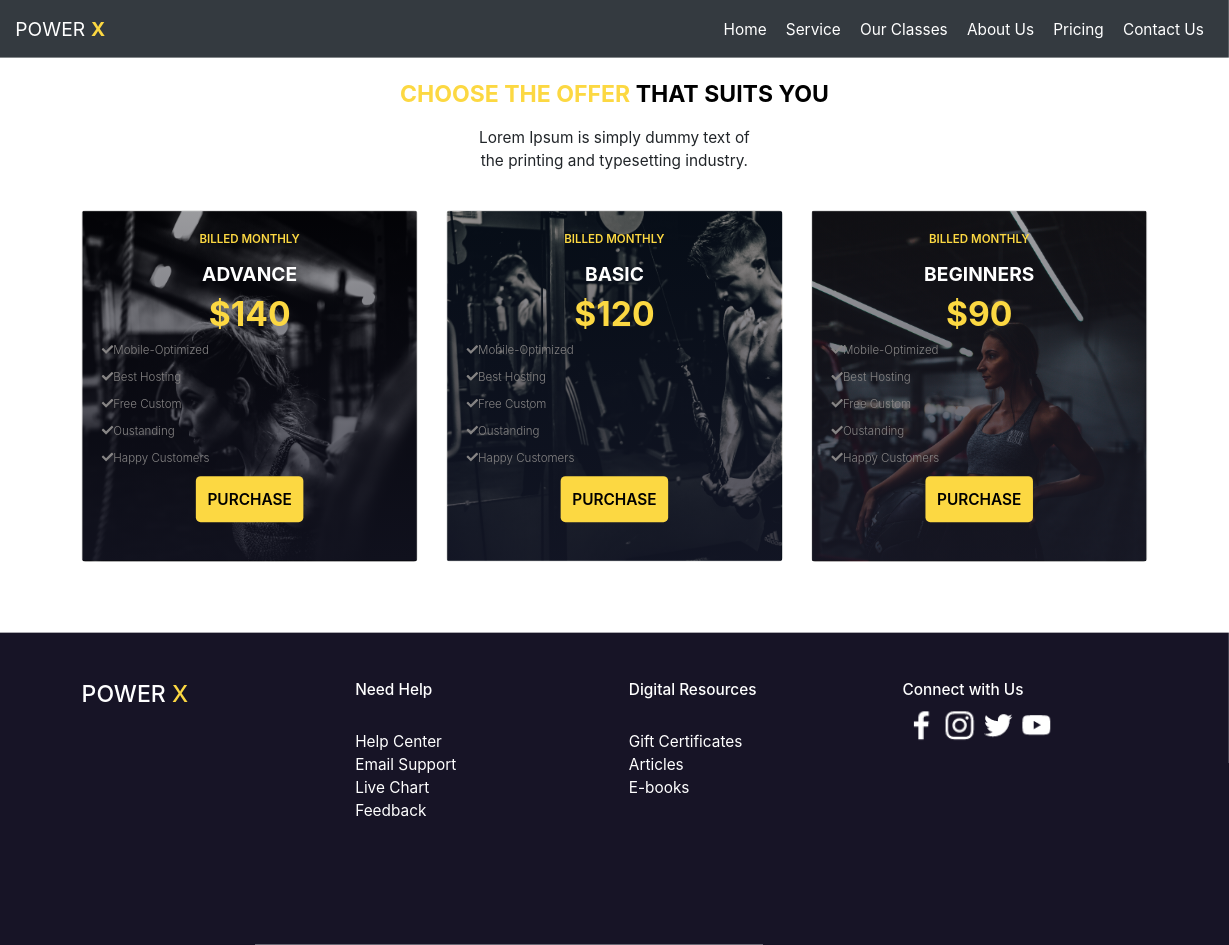
Repository: arif286/power-x-gym
Page: /pricing
An editor plug-in stored every save of this project. The page is shown before and after the next save, followed by the edit.
The browser window is 1280 px wide. The pictures show the whole page, at 96% of full size.
The project was rebuilt for these pictures with package versions that can differ from the ones it lists, and the page was loaded fresh each time. Also part of the build but not shown: src/components/Classes/Classes.js, src/components/About/About.js, src/components/ChooseUs/ChooseUs.js, src/components/Programs/Programs.css, src/components/Programs/Programs.js, src/components/WorkOut/WorkOut.css, src/components/WorkOut/WorkOut.js, src/components/Home/Home.js.

Above is the page before, as saved 2021-04-08 00:52:18.

### src/index.js
import React from 'react';
import ReactDOM from 'react-dom';
import App from './App';
import "./index.css";
import reportWebVitals from './reportWebVitals';
ReactDOM.render(
  <React.StrictMode>
    <App />
  </React.StrictMode>,
  document.getElementById('root')
);

// If you want to start measuring performance in your app, pass a function
// to log results (for example: reportWebVitals(console.log))
// or send to an analytics endpoint. Learn more: https://bit.ly/CRA-vitals
reportWebVitals();

### src/App.js
import "bootstrap/dist/css/bootstrap.min.css";
import React from 'react';
import { BrowserRouter as Router, Route, Switch } from "react-router-dom";
import Classes from "./components/Classes/Classes";
import Footer from "./components/Footer/Footer";
import Header from './components/Header/Header';
import Home from './components/Home/Home';
import PricingPlan from "./components/PricingPlan/PricingPlan";
function App() {
  return (
    <div>
      <Router>
        <Header />
        <Switch>
          <Route path="/home">
            <Home />
          </Route>
          <Route path="/classes">
            <Classes/>
          </Route>
          <Route path='/pricing'>
            <PricingPlan/>
          </Route>
          <Route exact path="/">
            <Home />
          </Route>
        </Switch>
        <Footer />
      </Router>
    </div>
  );
}

export default App;

### src/components/Footer/Footer.js
import React from "react";
import { Col, Container, Row } from "react-bootstrap";
import { NavLink } from "react-router-dom";
import Facebook from "../../power-x-gym/Image & Icon/bxl-facebook.png";
import Instagram from "../../power-x-gym/Image & Icon/bxl-instagram.png";
import Twitter from "../../power-x-gym/Image & Icon/bxl-twitter.png";
import YouTube from "../../power-x-gym/Image & Icon/bxl-youtube.png";
import "./Footer.css";
const Footer = () => {
  return (
    <footer>
      <Container>
        <Row className="footer-title">
          <Col xs={12} sm={6} md={3} className="pb-5">
            <h4 style={{ color: "white" }}>
              POWER <span style={{ color: "#fcd842" }}>X</span>
            </h4>
          </Col>
          <Col xs={12} sm={6} md={3} className="pb-5">
            <h6>Need Help</h6>
            <ul className="footer-link">
              <li>
                <NavLink className="company-list" to="/">
                  Help Center
                </NavLink>
              </li>
              <li>
                <NavLink className="company-list" to="/">
                  {" "}
                  Email Support
                </NavLink>
              </li>
              <li>
                <NavLink className="company-list" to="/">
                  Live Chart
                </NavLink>
              </li>
              <li>
                <NavLink className="company-list" to="/">
                  Feedback
                </NavLink>
              </li>
            </ul>
          </Col>
          <Col xs={12} sm={6} md={3} className="pb-5">
            <h6>Digital Resources</h6>
            <ul className="footer-link">
              <li>
                <NavLink className="company-list" to="/">
                  Gift Certificates
                </NavLink>
              </li>
              <li>
                <NavLink className="company-list" to="/">
                  Articles
                </NavLink>
              </li>
              <li>
                <NavLink className="company-list" to="/">
                  E-books
                </NavLink>
              </li>
            </ul>
          </Col>
          <Col xs={12} sm={6} md={3} className="pb-5">
            <h6>Connect with Us</h6>
            <div className="social-link">
              <p>
                <a href="/">
                  <img className="social-img" src={Facebook} alt="" />
                </a>
              </p>
              <p className="social-link">
                <a href="/">
                  <img className="social-img" src={Instagram} alt="" />
                </a>
              </p>
              <p>
                <a href="/">
                  <img className="social-img" src={Twitter} alt="" />
                </a>
              </p>
              <p>
                <a href="/">
                  <img className="social-img" src={YouTube} alt="" />
                </a>
              </p>
            </div>
          </Col>
        </Row>
      </Container>
    </footer>
  );
};

export default Footer;

### src/components/Header/Header.js
import React from "react";
import { Nav, Navbar } from "react-bootstrap";
import { NavLink } from "react-router-dom";
import './Header.css';
const Header = () => {
  return (
    <div>
      <Navbar bg="dark" variant="dark" expand="lg">
        <Navbar.Brand href="#home">
          POWER
          <span
            style={{ color: "#FCD842", marginLeft: "6px", fontWeight: 700 }}
          >
            X
          </span>
        </Navbar.Brand>
        <Navbar.Toggle aria-controls="basic-navbar-nav" />
        <Navbar.Collapse id="basic-navbar-nav">
          <Nav className="ml-auto">
            <NavLink className="header-link" to="/home">
              Home
            </NavLink>
            <NavLink className="header-link" to="#features">
              Service
            </NavLink>
            <NavLink className="header-link" to="/classes">
              Our Classes
            </NavLink>
            <NavLink className="header-link" to="/features">
              About Us
            </NavLink>
            <NavLink className="header-link" to="/pricing">
              Pricing
            </NavLink>
            <NavLink className="header-link" to="/pricing">
              Contact Us
            </NavLink>
          </Nav>
        </Navbar.Collapse>
      </Navbar>
      <br />
    </div>
  );
};

export default Header;

### src/components/PricingPlan/PricingPlan.js
import { faCheck } from "@fortawesome/free-solid-svg-icons";
import { FontAwesomeIcon } from "@fortawesome/react-fontawesome";
import React from "react";
import { Card, Col, Container, Row } from "react-bootstrap";
import "./PricingPlan.css";

const check = <FontAwesomeIcon icon={faCheck} />;
const PricingPlan = () => {
  return (
    <Container className="text-center">
      <h4
        style={{
          textTransform: "uppercase",
          fontWeight: 700,
          color: "#fcd842",
          textAlign: "center",
        }}
      >
        choose the offer <span style={{ color: "black" }}>that suits you</span>
      </h4>
      <p
        style={{
          display: "inline-block",
          width: "300px",
          marginTop: "10px",
          marginBottom: "40px",
        }}
      >
        Lorem Ipsum is simply dummy text of the printing and typesetting
        industry.
      </p>
      <Row className="row-cols-1 row-cols-sm-3">
        <Col className="pb-4">
          <Card className="advance-plan price-card">
            <Card.Body>
              <p>billed monthly</p>
              <h6>advance</h6>
              <h6 style={{ color: "#fcd842", fontSize: "35px" }}>$140</h6>
              <div>
                <ul className="price-plan">
                  <li>
                    <span>{check}</span>Mobile-Optimized
                  </li>
                  <li>
                    <span>{check}</span>Best Hosting
                  </li>
                  <li>
                    <span>{check}</span>Free Custom
                  </li>
                  <li>
                    <span>{check}</span>Oustanding
                  </li>
                  <li>
                    <span>{check}</span>Happy Customers
                  </li>
                </ul>
              </div>
              <button className="purchase-btn">purchase</button>
            </Card.Body>
          </Card>
        </Col>
        <Col className="pb-4">
          <Card className="basic-plan price-card">
            <Card.Body>
              <p>billed monthly</p>
              <h6>basic</h6>
              <h6 style={{ color: "#fcd842", fontSize: "35px" }}>$120</h6>
              <ul className="price-plan">
                <li>
                  <span>{check}</span>Mobile-Optimized
                </li>
                <li>
                  <span>{check}</span>Best Hosting
                </li>
                <li>
                  <span>{check}</span>Free Custom
                </li>
                <li>
                  <span>{check}</span>Oustanding
                </li>
                <li>
                  <span>{check}</span>Happy Customers
                </li>
              </ul>
              <button className="purchase-btn">purchase</button>
            </Card.Body>
          </Card>
        </Col>
        <Col className="pb-4">
          <Card className="beginner-plan price-card">
            <Card.Body>
              <p>billed monthly</p>
              <h6>beginners</h6>
              <h6 style={{ color: "#fcd842", fontSize: "35px" }}>$90</h6>
              <ul className="price-plan">
                <li>
                  <span>{check}</span>Mobile-Optimized
                </li>
                <li>
                  <span>{check}</span>
                  Best Hosting
                </li>
                <li>
                  <span>{check}</span>Free Custom
                </li>
                <li>
                  <span>{check}</span>Oustanding
                </li>
                <li>
                  <span>{check}</span>Happy Customers
                </li>
              </ul>
              <button className="purchase-btn">purchase</button>
            </Card.Body>
          </Card>
        </Col>
      </Row>
    </Container>
  );
};

export default PricingPlan;

### src/components/Footer/Footer.css
footer {
  background-color: #171426;
  padding-top: 50px;
  padding-bottom: 80px;
  margin-top: 50px;
}
.footer-link {
  list-style: none;
  display: inline;
}
.company-list {
  text-decoration: none;
  color: white;
}
.company-list:hover {
  color: hotpink;
  text-decoration: none;
}
.social-link {
  display: flex;
}

.social-img {
  width: 30px;
  height: 30px;
  object-fit: contain;
}

.social-link p {
  padding: 5px;
  display: inline;
}

.social-link p a img:hover {
  background-color: #257cc3;
}
.footer-title h6 {
  color: white;
}

### src/components/Header/Header.css
.header-link {
  text-decoration: none !important;
  color: white;
  padding: 10px;
}
.header-link:hover {
  color: gray;
}

### src/components/PricingPlan/PricingPlan.css
.advance-plan {
  background-image: linear-gradient(#0708115e, #151626c4),
    url("../../power-x-gym/Image & Icon/hipcravo-5UbIqV58CW8-unsplash.jpg");
  background-repeat: no-repeat;
  background-size: cover;
}
.basic-plan {
  background-image: linear-gradient(#0708115e, #151626c4),
    url("../../power-x-gym/Image & Icon/daniel-apodaca-WdoQio6HPVA-unsplash.jpg");
  background-repeat: no-repeat;
  background-size: cover;
}
.beginner-plan {
  background-image: linear-gradient(#0708115e, #151626c4),
    url("../../power-x-gym/Image & Icon/penguinuhh-8VI6WwEEEHw-unsplash.jpg");
  background-repeat: no-repeat;
  background-size: cover;
}
.price-card {
  text-align: center;
}
.price-card p {
  color: #fcd842;
  text-transform: uppercase;
  font-size: 12px;
  font-weight: 600;
}

.price-card h6 {
  color: white;
  text-transform: uppercase;
  font-weight: 700;
  font-size: 20px;
}
.price-plan {
  list-style: none;
  margin-bottom: 25px;
  text-align: center;
  display: contents;
}
.price-plan li {
  color: #868484;
  font-size: 12px;
  font-weight: 300;
  padding-bottom: 10px;
  display: flex;
  justify-items: center;
  /* align-items: center; */
}
.purchase-btn {
  outline: none;
  padding: 12px;
  box-sizing: border-box;
  display: block;
  text-align: center;
  border: none;
  background-color: #fcd842;
  border-radius: 5px;
  text-transform: uppercase;
  font-weight: 600;

  margin: auto;
  margin-bottom: 20px;
}

Loaded but not shown: public/index.html (common file); src/index.css (common file); src/reportWebVitals.js (common file)

After the next save:
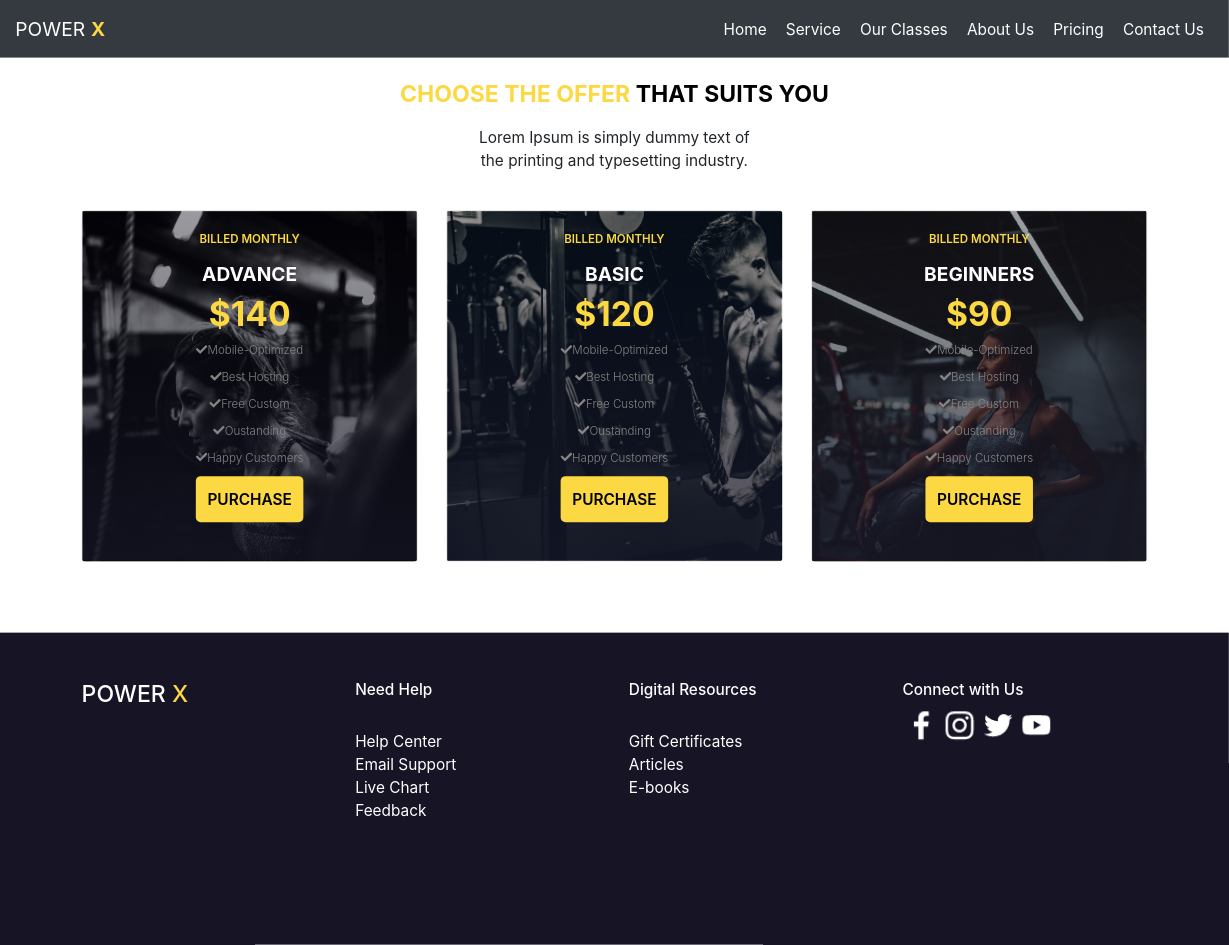
Saved 6 s later.
--- a/src/components/PricingPlan/PricingPlan.css
+++ b/src/components/PricingPlan/PricingPlan.css
@@ -44,7 +44,7 @@
   font-weight: 300;
   padding-bottom: 10px;
   display: flex;
-  justify-items: center;
+  justify-content: center;
   /* align-items: center; */
 }
 .purchase-btn {
